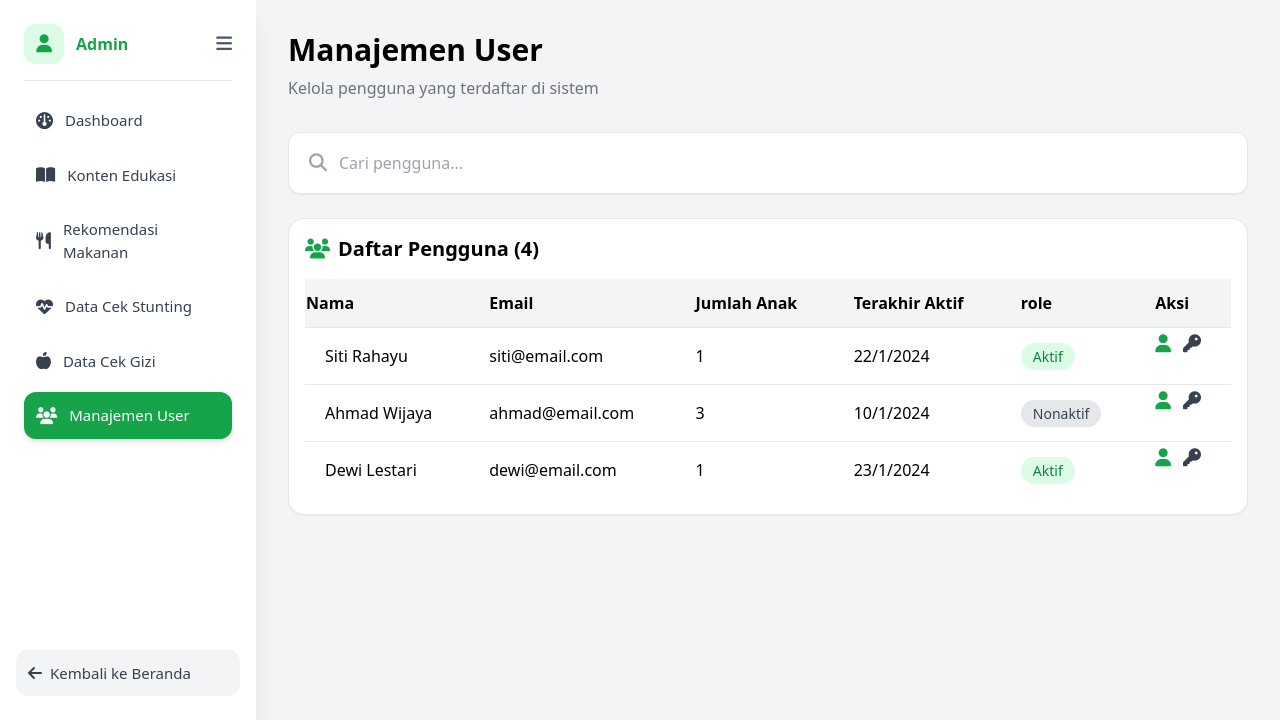
Repository: crashyet/stunting-cerdas
Page: http://localhost/admin/manajemen-user
The author's editor kept a copy of each file at every save. The page is drawn from the files as they stood at one save, then again after the next save.
The browser window is 1280 px wide. The pictures show the whole page.
Some web libraries are served in a nearby version. The page is served by the project's Laravel application, run on PHP 8.4 with Laravel 12. A made-up administrator, Test User (test@example.com), is signed in. Queries for data that is not in the repository find no rows.

Above is the page before, as saved 2025-12-09 15:15:35.

After the next save:
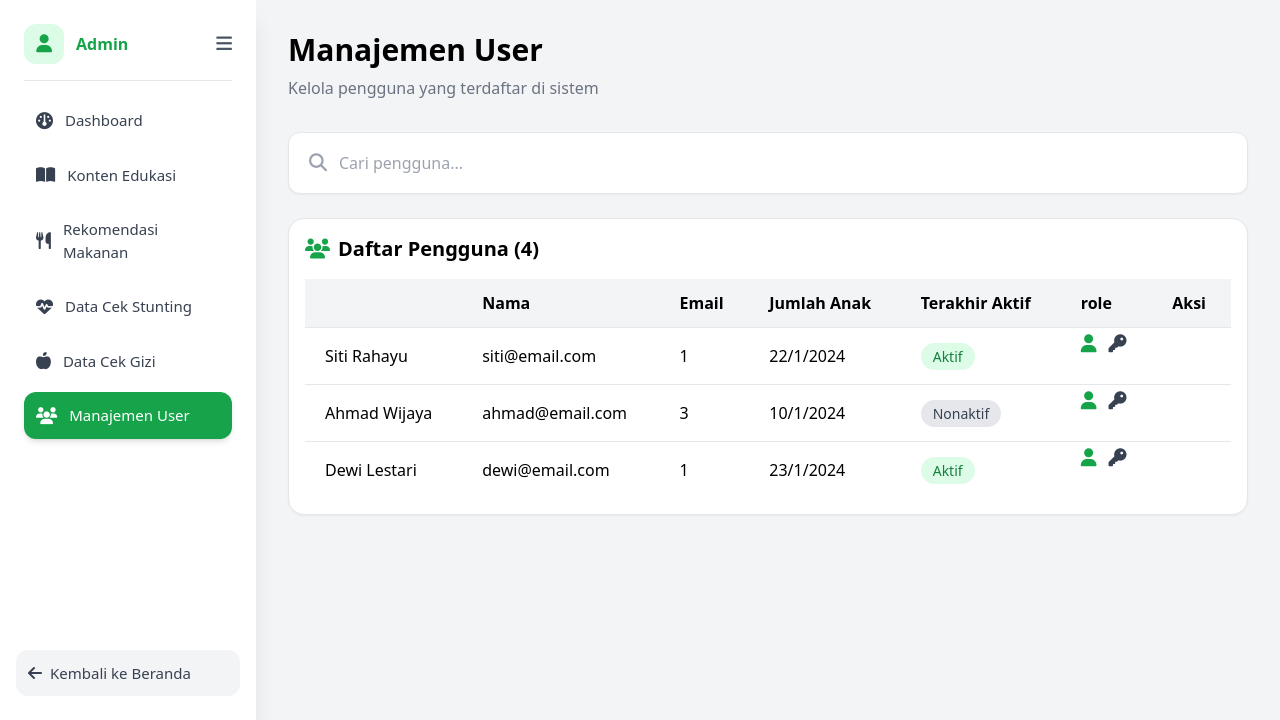
Saved 5 s later.
--- a/resources/views/admin/manajemen-user.blade.php
+++ b/resources/views/admin/manajemen-user.blade.php
@@ -32,8 +32,8 @@
         <table class="w-full text-left">
             <thead class="bg-gray-100 border-b">
                 <tr>
-                    <thclass="py-3 px-5"></thclass=>
-                    <th >Nama</th>
+                    <th></th>
+                    <th class="py-3 px-5">Nama</th>
                     <th class="py-3 px-5">Email</th>
                     <th class="py-3 px-5">Jumlah Anak</th>
                     <th class="py-3 px-5">Terakhir Aktif</th>
